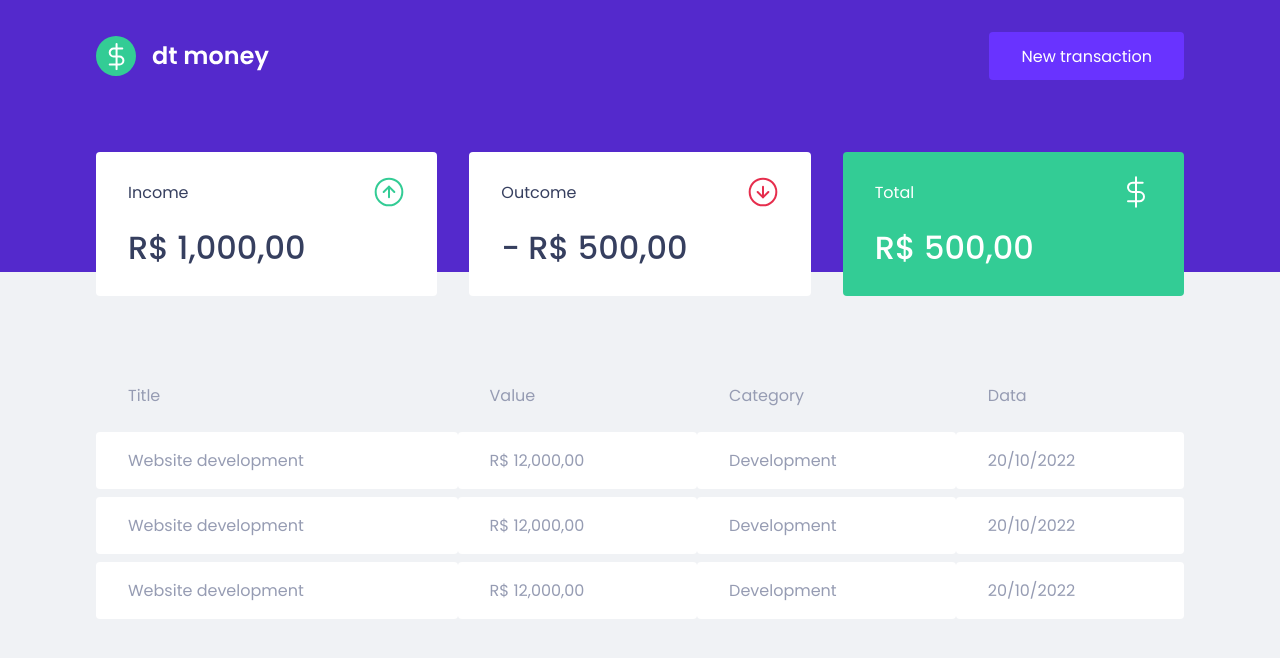
Repository: JoseGu1llardi/dtmoney
Page: /
These files come from the project's save history. The page is drawn as it stood at one moment and after the next save; the edit follows.
The browser window is 1280 px wide. The pictures show the whole page.
The project was rebuilt for these pictures with package versions that can differ from the ones it lists, and the page was loaded fresh each time.

Above is the page before, as saved 2022-12-30 20:09:09.

### public/index.html
<!DOCTYPE html>
<html lang="en">
  <head>
    <link rel="preconnect" href="https://fonts.googleapis.com" />
    <link rel="preconnect" href="https://fonts.gstatic.com" crossorigin />

    <meta charset="utf-8" />
    <meta name="viewport" content="width=device-width, initial-scale=1" />

    <link
      href="https://fonts.googleapis.com/css2?family=Poppins:wght@400;500;600&display=swap"
      rel="stylesheet"
    />

    <link rel="shortcut icon" href="favicon.png" type="image/png" />

    <title>Guillardi Money</title>
  </head>
  <body>
    <noscript>You need to enable JavaScript to run this app.</noscript>
    <div id="root"></div>
  </body>
</html>

### src/index.tsx
import { StrictMode } from 'react';
import { createRoot } from 'react-dom/client';
import { App } from './App';

const root = createRoot(
  document.getElementById('root') as HTMLElement
);
root.render(
  <StrictMode>
    <App />
  </StrictMode>
);

### src/App.tsx
import { Dashboard } from "./components/Dashboard";
import { Header } from "./components/Header";

import { GlobalStyle } from "./styles/global";

export function App() {
  return (
    <>
      <Header />
      <Dashboard />
      <GlobalStyle />
    </>
  );
}

### src/components/Dashboard/index.tsx
import { Summary } from "../Summary";
import { TransactionTable } from "../TransactionsTable";

import { Container } from "./styles";


export function Dashboard() {
    return (
        <Container>
            <Summary />
            <TransactionTable />
        </Container>
    )
}

### src/components/Header/index.tsx
import logoImg from '../../assets/logo.svg'
import { Container, Content } from './styles'

export function Header() {
    return (
        <Container>
            <Content>
                <img src={logoImg} alt="Logo Guillardi Money" />
                <button>
                    New transaction
                </button>
            </Content>
        </Container>
    )
}

### src/styles/global.ts
import { createGlobalStyle } from "styled-components";

export const GlobalStyle = createGlobalStyle`
    :root {
        --background: #F0F2F5;
        --red: #e52e4d;
        --blue: #5429cc;
        --green: #33cc95;

        --blue-light: #6933ff;

        --text-title: #363f5f;
        --text-body: #969cb3;

        --background: #f0f2f5;
        --shape: #ffffff;
    }

    * {
        margin: 0;
        padding: 0;
        box-sizing: border-box;
    }

    html {
        @media (max-width: 1080px) {
            font-size: 93.75%;

        @media (max-width: 720px) {
            font-size: 87.5%;
        }
    }

    }

    body {
        background: var(--background);
        -webkit-font-smoothing: antialiased;
    }

    body, input, textarea, button {
        font-family: 'Poppins', sans-serif;
        font-weight: 400;
    }

    h1, h2, h3, h4, h5, h6, strong {
        font-weight: 600;
    }

    button {
        cursor: pointer;
    }

    [disabled] {
        opacity: 0.6;
        cursor: not-allowed;
    }
`;

### src/components/Summary/index.tsx
import { Container } from './styles';

import incomeImg from '../../assets/income.svg';
import outcomeImg from '../../assets/outcome.svg';
import totalImg from '../../assets/total.svg';

export function Summary() {
    return (
        <Container>
            <div>
                <header>
                    <p>Income</p>
                    <img src={incomeImg} alt="Logo income" />
                </header>
                <strong>R$ 1,000,00</strong>
            </div>

            <div>
                <header>
                    <p>Outcome</p>
                    <img src={outcomeImg} alt="Logo outcome" />
                </header>
                <strong>- R$ 500,00</strong>
            </div>

            <div className="highlight-background">
                <header>
                    <p>Total</p>
                    <img src={totalImg} alt="Logo total" />
                </header>
                <strong>R$ 500,00</strong>
            </div>
        </Container>
    )
}

### src/components/TransactionsTable/index.tsx
import { Container } from './styles';

export function TransactionTable() {
    return (
        <Container>
            <table>
                <thead>
                    <tr>
                        <th>Title</th>
                        <th>Value</th>
                        <th>Category</th>
                        <th>Data</th>
                    </tr>
                </thead>

                <tbody>
                    <tr>
                        <td>Website development</td>
                        <td>R$ 12,000,00</td>
                        <td>Development</td>
                        <td>20/10/2022</td>
                    </tr>

                    <tr>
                        <td>Website development</td>
                        <td>R$ 12,000,00</td>
                        <td>Development</td>
                        <td>20/10/2022</td>
                    </tr>

                    <tr>
                        <td>Website development</td>
                        <td>R$ 12,000,00</td>
                        <td>Development</td>
                        <td>20/10/2022</td>
                    </tr>

                </tbody>
            </table>
        </Container>
    )
}

### src/components/Header/styles.ts
import styled from "styled-components";

export const Container = styled.header`
  background: var(--blue);
`;

export const Content = styled.div`
  max-width: 1120px;
  margin: 0 auto;

  padding: 2rem 1rem 12rem;
  display: flex;
  align-items: center;
  justify-content: space-between;

  button {
    font-size: 1rem;
    color: white;
    background: var(--blue-light);
    border: 0;
    padding: 0 2rem;
    border-radius: 0.25rem;
    height: 3rem;

    transition: filter 0.2s;

    &:hover {
      filter: brightness(0.9);
    }
  }
`;

### src/components/Summary/styles.ts
import styled from "styled-components";

export const Container = styled.div`
  display: grid;
  grid-template-columns: repeat(3, 1fr);
  gap: 2rem;
  margin-top: -10rem;

  div {
    background: var(--shape);
    padding: 1.5rem 2rem;
    border-radius: 0.25rem;
    color: var(--text-title);

    header {
      display: flex;
      align-items: center;
      justify-content: space-between;
    }

    strong {
      display: block;
      margin-top: 1rem;
      font-size: 2rem;
      font-weight: 500;
    }

    &.highlight-background {
      background: var(--green);
      color: white;
    }
  }
`;

### src/components/TransactionsTable/styles.ts
import styled from "styled-components";

export const Container = styled.div`
  margin-top: 4rem;

  table {
    width: 100%;
    border-spacing: 0 0.5rem;

    th {
      color: var(--text-body);
      font-weight: 400;
      padding: 1rem 2rem;
      text-align: left;
      line-height: 1.5rem;
    }

    td {
      padding: 1rem 2rem;
      border: 0;
      background: var(--shape);
      color: var(--text-body);
      border-radius: 0.25rem;

      &first-child {
        color: var(--text-title);
      }
    }
  }
`;

Loaded but not shown: src/components/Dashboard/styles.ts (common file)

After the next save:
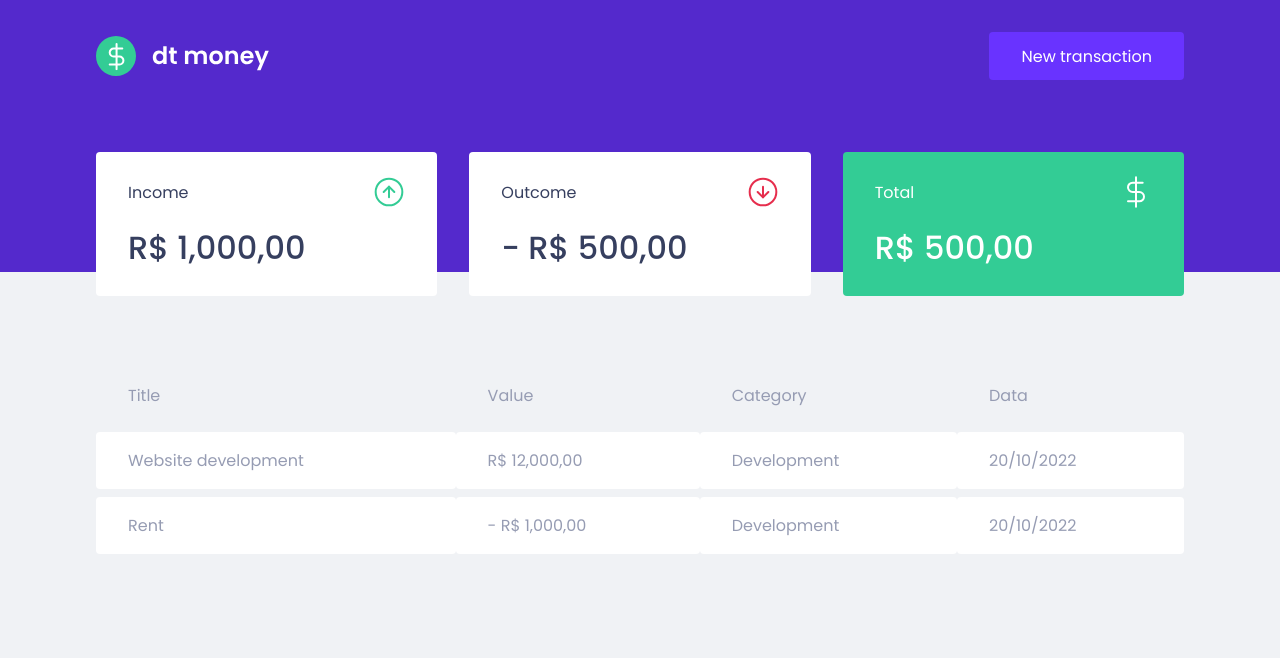
Saved 2 min 15 s later.
--- a/src/components/TransactionsTable/index.tsx
+++ b/src/components/TransactionsTable/index.tsx
@@ -22,15 +22,8 @@ export function TransactionTable() {
                     </tr>
 
                     <tr>
-                        <td>Website development</td>
-                        <td>R$ 12,000,00</td>
-                        <td>Development</td>
-                        <td>20/10/2022</td>
-                    </tr>
-
-                    <tr>
-                        <td>Website development</td>
-                        <td>R$ 12,000,00</td>
+                        <td>Rent</td>
+                        <td>- R$ 1,000,00</td>
                         <td>Development</td>
                         <td>20/10/2022</td>
                     </tr>
